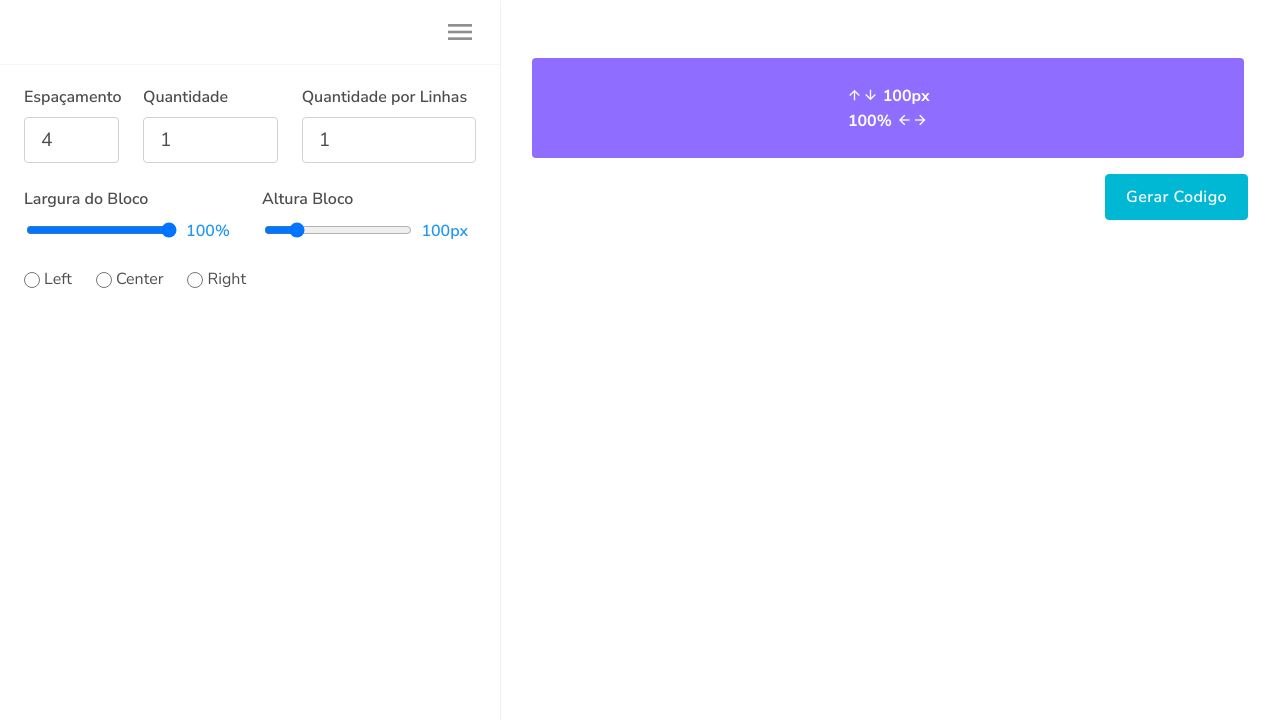
Repository: Flintdl/lowcode-elements
Page: /
These files come from the project's save history. The page is drawn as it stood at one moment and after the next save; the edit follows.
The browser window is 1280 px wide. The pictures show the whole page.
The project was rebuilt for these pictures with package versions that can differ from the ones it lists, and the page was loaded fresh each time. Also part of the build but not shown: vue.config.js.

Above is the page before, as saved 2022-04-05 09:44:22.

### src/assets/scss/_variables.scss
// Primarys Colors
$standardTextColor: #4d4d4d;

$primaryColor: #8e6dff;
$secondaryColor: #009997;
$buttonDisableColor: #9c9c9c;
$buttonDisableBgColor: #7676764d;

// Menu Colors

$bgMenuColor: #1d1d1d;
$linkMenuColor: #7b8089;
$iconMenuColor: #2a2a2a;
$borderMenuColor: #323232;

// Botão Colors

$btnPrimary: #00b8d4;
$btnPrimaryHover: #0085b0;

// Generics Colors

$whiteColor: #ffffff;
$mutedColor: #8f8f8f;
$cardColor: #f3f4f7;
$cardColorLight: #f9fafc;
$cardColorLightTwo: #f1f5fc;
$greyLight: #d1d1d1;

// Dropdown Colors

$dropdownHeaderColor: #5f5f5f;
$dropdownColor: #ebffff;

// State Colors

$successColor: #3dc661;
$dangerColor: #e7515a;
$warningColor: #e2a03f;
$infoColor: #2196f3;
$defaultColor: #172b4d;
$lightColor: #e0e0e0;

### src/assets/scss/standard.scss
@import "variables";

.sf-content-page {
  transition: margin-left 0.15s ease;
  margin-left: 500px;
  padding: 3.6rem 2rem;
}

input,
select {
  font-size: 1.2rem;
  font-family: "Nunito Sans", sans-serif;
  color: #4d4d4d;
  background-color: #ffffff;
  width: 100%;
  display: block;
  height: 46px;
  padding: 0 1rem;
  border-radius: 4px;
  border: 1px solid #d1d1d1;
}

input:disabled {
  background-color: $buttonDisableBgColor;
}

textarea {
  font-size: 0.875rem;
  font-family: "Nunito Sans", sans-serif;
  color: #4d4d4d;
  background-color: #ffffff;
  width: 100%;
  display: block;
  padding: 1rem;
  border-radius: 4px;
  border: 1px solid #d1d1d1;
  resize: none;
}

input[type="range"] {
  height: fit-content !important;
}

.sf-form-100 {
  width: calc(100% + 24px);
}

/* Input Radio */
.form-selectradio,
.form-selectcheckbox {
  display: flex;
}

.form-selectradiobutton,
.form-selectcheckboxbutton {
  display: inline-block;
  border-radius: 50%;
  margin: 0;
}

.form-selectradiobutton label,
.form-selectcheckboxbutton label {
  font-size: 0.875rem;
  cursor: pointer;
  display: inline-block;
  margin: 0 16px 0 8px;
  vertical-align: middle;
}

input[type="radio"],
input[type="checkbox"] {
  width: 1rem;
  height: 1rem;
  text-align: center;
  position: relative;
  border-radius: 50%;
  line-height: 16px;
  cursor: pointer;
  margin: 0;
  display: inline-block;
  vertical-align: middle;
}

input[type="checkbox"] {
  border-radius: 6px;
}

// Renderização de Consulta - Botão

.sf-action-rendered-content {
  gap: 8px;
  .sf-action-rendered-consult {
    -webkit-box-flex: 1;
    -ms-flex-positive: 1;
    flex-grow: 1;
    white-space: nowrap;
    width: auto;
    span {
      cursor: pointer;
      &:hover {
        // background-color: #27272736 !important;
        border-color: #272727 !important;
      }
      &.actived {
        // background-color: #00b8d436 !important;
        border-color: #00b8d4 !important;
        font-weight: 700;
      }
    }
  }
}

// Renderização de Consulta - Botão

// Conteúdo socio resultado

.sf-card-socio-content {
  gap: 12px;
  .sf-card-socio {
    width: 100%;
    &.actived {
      div {
        background-color: #1fbdd538;
        border-color: #00b8d4 !important;
        color: #0395ac;
      }
    }
    &:hover {
      div {
        border-color: #00b8d4 !important;
        color: #0395ac;
        cursor: pointer;
      }
    }
  }
}
// Conteúdo socio resultado

// Conteúdo contato resultado

.sf-contact-business-content {
  gap: 12px;
  &.sf-business-overflow {
    ::-webkit-scrollbar {
      background: #e0e0e0;
      height: 4px;
      width: 6px;
    }

    ::-webkit-scrollbar-thumb {
      background: #bebebe;
    }
    ::-webkit-scrollbar-track {
      background-color: #e0e0e0;
    }
    ul {
      max-height: 392px;
      overflow-y: auto;
    }
  }
  .sf-contact-content-list {
    width: 100%;
    &.content-list-segments {
      height: fit-content;
      div {
        background-color: #f5f5f5;
        width: 100%;
      }
      &.actived {
        div {
          background-color: #1fbdd538;
          border-color: #00b8d4 !important;
          color: #0395ac;
        }
      }
      &:hover {
        div {
          border-color: #00b8d4 !important;
          color: #0395ac;
          cursor: pointer;
        }
      }
    }
  }
  &.sf-content-grid {
    .sf-contact-content-list {
      flex: initial;
    }
  }
}

.information-list-business {
  .information-list-business-li {
    span {
      width: 100%;
    }
    &:nth-child(odd) {
      background-color: #79797936;
    }
  }
}

.autocomplete-items {
  position: absolute;
  border: 1px solid #d4d4d4;
  margin: 12px 12px 0;
  border-radius: 4px;
  max-height: 210px;
  overflow-y: auto;
  z-index: 99;
  top: 100%;
  left: 0;
  right: 0;
}

.autocomplete-items div {
  padding: 10px;
  cursor: pointer;
  background-color: #fff;
  border-bottom: 1px solid #d4d4d4;
  &:last-child {
    border-bottom: 0;
  }
}

.autocomplete-items div:hover {
  background-color: #e9e9e9;
}

.autocomplete-active {
  background-color: DodgerBlue !important;
  color: #ffffff;
}

@media (min-width: 731px) {
  .sf-contact-business-content {
    .sf-contact-content-list {
      width: calc(50% - 12px);
    }
    &.sf-content-grid {
      .sf-contact-content-list {
        width: calc(50% - 12px);
      }
    }
  }
  .sf-card-socio-content {
    .sf-card-socio {
      width: calc(50% - 12px);
    }
  }
}

@media (min-width: 960px) {
  .sf-contact-business-content {
    .sf-contact-content-list {
      width: calc((100% - 24px) / 3);
    }
    &.sf-content-grid {
      .sf-contact-content-list {
        width: calc((100% - 24px) / 3);
      }
    }
  }
  .sf-card-socio-content {
    .sf-card-socio {
      width: calc((100% - 24px) / 3);
    }
  }
}
@media (min-width: 1200px) {
  .sf-contact-business-content {
    .sf-contact-content-list {
      width: calc((100% - 24px) / 3);
    }
    &.sf-content-grid {
      .sf-contact-content-list {
        width: calc(100% / 4);
      }
    }
  }
  .sf-card-socio-content {
    .sf-card-socio {
      width: calc((100% - 36px) / 4);
    }
  }
}

// Conteúdo contato resultado

.sf-loading-animation {
  z-index: 999999;
  // display: none;
  height: 100px;
  width: 100px;
}

.sf-loading-input {
  height: 100%;
  width: 40px;
}

// Error Style

.sf-error-svg {
  font-size: 3rem;
  font-family: Impact, Haettenschweiler, "Arial Narrow Bold", sans-serif;
}
/*////////////////////v animation//////////////////*/
.text1 {
  fill: none;
  stroke-linejoin: round;
  stroke-dasharray: 1160;
  stroke-dashoffset: 0;
}
.text1:nth-child(3n) {
  fill: #272727;
}

.text1:nth-child(3n + 2) {
  fill: #e7515a;
}

.text2 {
  fill: #2196f3;
}
// Mesagem Box

.mensagem-box {
  position: fixed;
  overflow: hidden;
  z-index: 997;
  right: 30px;
  bottom: 30px;
}

.mensagem {
  margin-bottom: 12px;
  border-radius: 4px;
  padding: 16px 32px;
  font-size: 1rem;
  color: #fff;
  z-index: 998;
}

.mensagem:last-child {
  margin-bottom: 0;
}

.mensagem.success {
  background-color: $successColor;
}

.mensagem.error {
  background-color: $dangerColor;
}

.mensagem.warning {
  background-color: $warningColor;
}

// Mesagem Box

// Error Style

.sf-modal {
  background-color: #000;
  position: fixed;
  z-index: -1;
  display: none;
  height: 100%;
  width: 100%;
  opacity: 0;
  left: 0;
  top: 0;
  &.actived {
    background-color: gray;
    display: block;
    z-index: 9999;
    opacity: 0.8;
  }
}

### src/views/HomeView.vue
<template>
  <div>
    <div class="sf-row">
      <div
        id="sf-preview-code-content"
        class="sf-col-12 sf-mx-auto sf-position-relative"
      >
        <!-- <div class="sf-display-flex sf-flex-wrap sf-width-100">
          <div
            id="sf-grid-template"
            class="sf-grid sf-position-relative"
            :style="{
              width: cssProps.width,
              height: String(valorHeight) + 'px',
              left: inputGap / 2 + 'px',
            }"
            v-bind:key="n"
            v-for="n of quantidade"
          ></div>
        </div> -->
        <div id="sf-preview-code">
          <div
            :style="gapProps"
            class="sf-display-flex sf-flex-wrap sf-width-100"
          >
            <DivGrid
              v-bind:key="n"
              v-for="n of quantidade"
              :tamanho="String(valor)"
              :altura="String(valorHeight)"
              class="sf-position-relative"
              :width="cssProps"
            />
          </div>
        </div>
      </div>
      <div class="sf-col-12 sf-mt-3 sf-display-flex sf-justify-content-end">
        <button class="sf-btn sf-btn-primary" @click="gerarCodigo">
          Gerar Codigo
        </button>
      </div>
    </div>
    <div class="sf-row" v-if="htmlPreviewCode">
      <div class="sf-col-12 sf-mx-auto sf-mt-5 sf-code-content">
        <div class="sf-bg-code sf-p-4 sf-border-radius">
          <code>
            <span class="sf-text-info">Código do Preview</span> <br />
            {{ htmlPreviewCode }}
          </code>
        </div>
      </div>
    </div>
  </div>
</template>

<script>
// @ is an alias to /src

import DivGrid from "@/components/templates/DivGrid.vue";

export default {
  name: "HomeView",
  data: function () {
    return {
      htmlPreviewCode: null,
    };
  },
  components: {
    DivGrid,
  },
  props: {
    valor: Number,
    inputGap: Number,
    quantidade: Number,
    valorHeight: Number,
    quantidadeLinha: Number,
    checkValue: String,
  },
  computed: {
    cssProps() {
      return {
        width: `calc(${this.valor / this.quantidadeLinha}% - ${
          this.inputGap
        }px)`,
        height: this.valorHeight + "px",
      };
    },
    gapProps() {
      return {
        gap: this.inputGap + "px",
        "justify-content": this.checkValue,
      };
    },
  },
  methods: {
    gerarCodigo() {
      this.htmlPreviewCode =
        document.getElementById("sf-preview-code").innerHTML;
    },
  },
};
</script>

<style>
#sf-grid-template:after {
  content: "";
  width: 100%;
  height: 150%;
  top: -25%;
  background-color: #ff008c0a;
  border: 1px solid rgba(255, 0, 140, 0.103);
  border-left: 2px solid #ff008c38;
  border-right: 2px solid #ff008c38;
  position: absolute;
}
</style>

### src/components/templates/DivGrid.vue
<template>
  <div
    class="sf-bg-primary sf-position-relative sf-border-radius sf-overflow-hidden"
    :style="width"
  >
    <span
      class="sf-position-absolute sf-centerAbsolute-xy sf-text-white sf-font-weight-extra-bold sf-text-center"
      :style="tamanho"
    >
      <i
        class="mdi mdi-arrow-up sf-text-md sf-text-white sf-dropdown-action"
      ></i>
      <i
        class="mdi mdi-arrow-down sf-text-md sf-text-white sf-dropdown-action"
      ></i>
      {{ altura }}px <br />

      {{ tamanho }}%
      <i
        class="mdi mdi-arrow-left sf-text-md sf-text-white sf-dropdown-action"
      ></i>
      <i
        class="mdi mdi-arrow-right sf-text-md sf-text-white sf-dropdown-action"
      ></i>
    </span>
  </div>
</template>

<script>
export default {
  props: {
    width: Object,
    tamanho: String,
    altura: String,
  },
};
</script>

<style></style>

Loaded but not shown: public/index.html (common file); src/main.js (common file); src/App.vue (common file); src/registerServiceWorker.js (common file); src/router/index.js (common file); src/assets/scss/materialdesignicons.scss (9 lines, source omitted); src/assets/scss/style.scss (4087 lines, source omitted); src/assets/scss/menu.scss (396 lines, source omitted); src/components/Menu/MenuTemplate.vue (235 lines, source omitted)

After the next save:
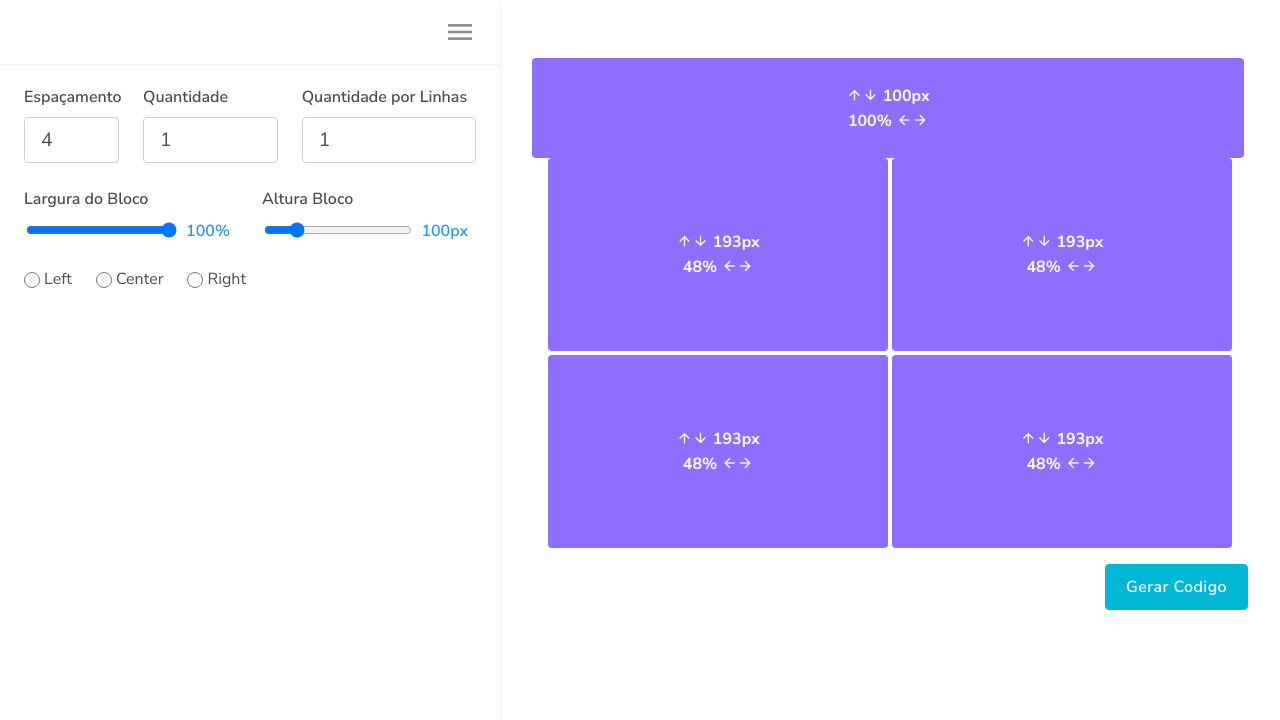
Saved 12 s later.
--- a/src/views/HomeView.vue
+++ b/src/views/HomeView.vue
@@ -31,6 +31,99 @@
               class="sf-position-relative"
               :width="cssProps"
             />
+          </div>
+        </div>
+        <div
+          class="sf-display-flex sf-flex-wrap sf-width-100"
+          style="gap: 4px; justify-content: center"
+        >
+          <div
+            class="sf-bg-primary sf-position-relative sf-border-radius sf-overflow-hidden sf-position-relative"
+            style="width: calc(48% - 4px); height: 193px"
+          >
+            <span
+              class="sf-position-absolute sf-centerAbsolute-xy sf-text-white sf-font-weight-extra-bold sf-text-center"
+              ><i
+                class="mdi mdi-arrow-up sf-text-md sf-text-white sf-dropdown-action"
+              ></i
+              ><i
+                class="mdi mdi-arrow-down sf-text-md sf-text-white sf-dropdown-action"
+              ></i>
+              193px <br />
+              48%
+              <i
+                class="mdi mdi-arrow-left sf-text-md sf-text-white sf-dropdown-action"
+              ></i
+              ><i
+                class="mdi mdi-arrow-right sf-text-md sf-text-white sf-dropdown-action"
+              ></i
+            ></span>
+          </div>
+          <div
+            class="sf-bg-primary sf-position-relative sf-border-radius sf-overflow-hidden sf-position-relative"
+            style="width: calc(48% - 4px); height: 193px"
+          >
+            <span
+              class="sf-position-absolute sf-centerAbsolute-xy sf-text-white sf-font-weight-extra-bold sf-text-center"
+              ><i
+                class="mdi mdi-arrow-up sf-text-md sf-text-white sf-dropdown-action"
+              ></i
+              ><i
+                class="mdi mdi-arrow-down sf-text-md sf-text-white sf-dropdown-action"
+              ></i>
+              193px <br />
+              48%
+              <i
+                class="mdi mdi-arrow-left sf-text-md sf-text-white sf-dropdown-action"
+              ></i
+              ><i
+                class="mdi mdi-arrow-right sf-text-md sf-text-white sf-dropdown-action"
+              ></i
+            ></span>
+          </div>
+          <div
+            class="sf-bg-primary sf-position-relative sf-border-radius sf-overflow-hidden sf-position-relative"
+            style="width: calc(48% - 4px); height: 193px"
+          >
+            <span
+              class="sf-position-absolute sf-centerAbsolute-xy sf-text-white sf-font-weight-extra-bold sf-text-center"
+              ><i
+                class="mdi mdi-arrow-up sf-text-md sf-text-white sf-dropdown-action"
+              ></i
+              ><i
+                class="mdi mdi-arrow-down sf-text-md sf-text-white sf-dropdown-action"
+              ></i>
+              193px <br />
+              48%
+              <i
+                class="mdi mdi-arrow-left sf-text-md sf-text-white sf-dropdown-action"
+              ></i
+              ><i
+                class="mdi mdi-arrow-right sf-text-md sf-text-white sf-dropdown-action"
+              ></i
+            ></span>
+          </div>
+          <div
+            class="sf-bg-primary sf-position-relative sf-border-radius sf-overflow-hidden sf-position-relative"
+            style="width: calc(48% - 4px); height: 193px"
+          >
+            <span
+              class="sf-position-absolute sf-centerAbsolute-xy sf-text-white sf-font-weight-extra-bold sf-text-center"
+              ><i
+                class="mdi mdi-arrow-up sf-text-md sf-text-white sf-dropdown-action"
+              ></i
+              ><i
+                class="mdi mdi-arrow-down sf-text-md sf-text-white sf-dropdown-action"
+              ></i>
+              193px <br />
+              48%
+              <i
+                class="mdi mdi-arrow-left sf-text-md sf-text-white sf-dropdown-action"
+              ></i
+              ><i
+                class="mdi mdi-arrow-right sf-text-md sf-text-white sf-dropdown-action"
+              ></i
+            ></span>
           </div>
         </div>
       </div>

After the save that followed:
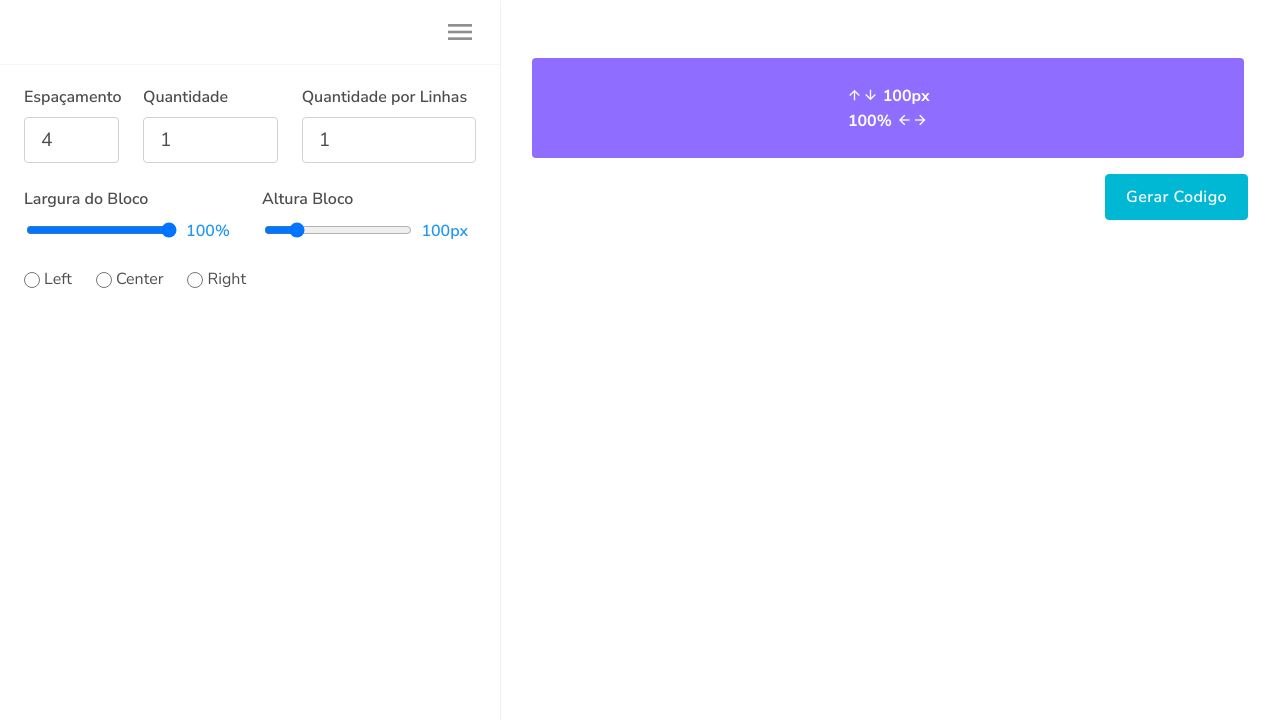
Saved 45 s later.
--- a/src/views/HomeView.vue
+++ b/src/views/HomeView.vue
@@ -31,99 +31,6 @@
               class="sf-position-relative"
               :width="cssProps"
             />
-          </div>
-        </div>
-        <div
-          class="sf-display-flex sf-flex-wrap sf-width-100"
-          style="gap: 4px; justify-content: center"
-        >
-          <div
-            class="sf-bg-primary sf-position-relative sf-border-radius sf-overflow-hidden sf-position-relative"
-            style="width: calc(48% - 4px); height: 193px"
-          >
-            <span
-              class="sf-position-absolute sf-centerAbsolute-xy sf-text-white sf-font-weight-extra-bold sf-text-center"
-              ><i
-                class="mdi mdi-arrow-up sf-text-md sf-text-white sf-dropdown-action"
-              ></i
-              ><i
-                class="mdi mdi-arrow-down sf-text-md sf-text-white sf-dropdown-action"
-              ></i>
-              193px <br />
-              48%
-              <i
-                class="mdi mdi-arrow-left sf-text-md sf-text-white sf-dropdown-action"
-              ></i
-              ><i
-                class="mdi mdi-arrow-right sf-text-md sf-text-white sf-dropdown-action"
-              ></i
-            ></span>
-          </div>
-          <div
-            class="sf-bg-primary sf-position-relative sf-border-radius sf-overflow-hidden sf-position-relative"
-            style="width: calc(48% - 4px); height: 193px"
-          >
-            <span
-              class="sf-position-absolute sf-centerAbsolute-xy sf-text-white sf-font-weight-extra-bold sf-text-center"
-              ><i
-                class="mdi mdi-arrow-up sf-text-md sf-text-white sf-dropdown-action"
-              ></i
-              ><i
-                class="mdi mdi-arrow-down sf-text-md sf-text-white sf-dropdown-action"
-              ></i>
-              193px <br />
-              48%
-              <i
-                class="mdi mdi-arrow-left sf-text-md sf-text-white sf-dropdown-action"
-              ></i
-              ><i
-                class="mdi mdi-arrow-right sf-text-md sf-text-white sf-dropdown-action"
-              ></i
-            ></span>
-          </div>
-          <div
-            class="sf-bg-primary sf-position-relative sf-border-radius sf-overflow-hidden sf-position-relative"
-            style="width: calc(48% - 4px); height: 193px"
-          >
-            <span
-              class="sf-position-absolute sf-centerAbsolute-xy sf-text-white sf-font-weight-extra-bold sf-text-center"
-              ><i
-                class="mdi mdi-arrow-up sf-text-md sf-text-white sf-dropdown-action"
-              ></i
-              ><i
-                class="mdi mdi-arrow-down sf-text-md sf-text-white sf-dropdown-action"
-              ></i>
-              193px <br />
-              48%
-              <i
-                class="mdi mdi-arrow-left sf-text-md sf-text-white sf-dropdown-action"
-              ></i
-              ><i
-                class="mdi mdi-arrow-right sf-text-md sf-text-white sf-dropdown-action"
-              ></i
-            ></span>
-          </div>
-          <div
-            class="sf-bg-primary sf-position-relative sf-border-radius sf-overflow-hidden sf-position-relative"
-            style="width: calc(48% - 4px); height: 193px"
-          >
-            <span
-              class="sf-position-absolute sf-centerAbsolute-xy sf-text-white sf-font-weight-extra-bold sf-text-center"
-              ><i
-                class="mdi mdi-arrow-up sf-text-md sf-text-white sf-dropdown-action"
-              ></i
-              ><i
-                class="mdi mdi-arrow-down sf-text-md sf-text-white sf-dropdown-action"
-              ></i>
-              193px <br />
-              48%
-              <i
-                class="mdi mdi-arrow-left sf-text-md sf-text-white sf-dropdown-action"
-              ></i
-              ><i
-                class="mdi mdi-arrow-right sf-text-md sf-text-white sf-dropdown-action"
-              ></i
-            ></span>
           </div>
         </div>
       </div>
